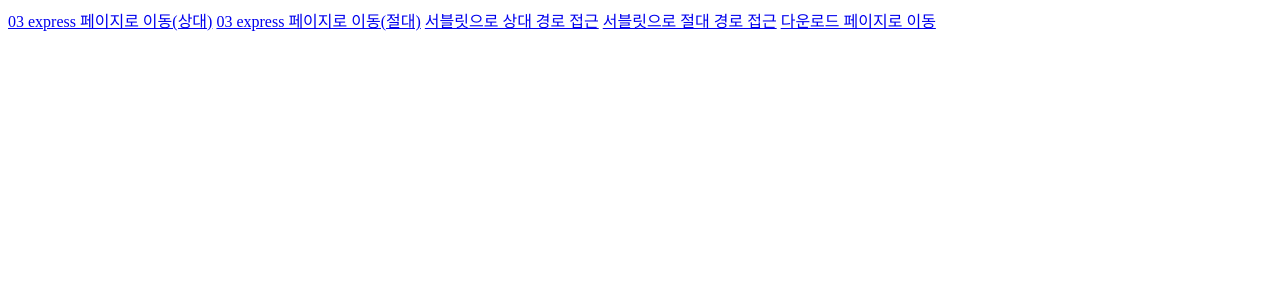
Repository: bbseok97/HTML
Page: http://localhost/jspbasic/path/test/path_quiz.jsp
These files come from the project's save history. The page is drawn as it stood at one moment and after the next save; the edit follows.
The browser window is 1280 px wide. The pictures show the whole page.
The page is served by Tomcat 9. Other server files are loaded and not shown.

Above is the page before, as saved 2024-04-05 06:20:27.

### jspbasic/src/main/webapp/path/test/path_quiz.jsp
<%@ page language="java" contentType="text/html; charset=UTF-8"
    pageEncoding="UTF-8"%>
<!DOCTYPE html>
<html>
	<head>
		<meta charset="UTF-8">
		<title>path_quiz</title>
	</head>
	<body>
		<!-- a 태그를 이용하여 경로 이동 -->

		<!-- 1.jspbasic 폴더에 03_express.jsp 파일로 접근	상대/절대 경로로 접근 -->
		<a href="../../jspbasic/03.expression.jsp">03 express 페이지로 이동(상대)</a>
		<a href="/jspbasic/jspbasic/03.expression.jsp">03 express 페이지로 이동(절대)</a>
		<!-- 2. TestServlet 서블릿 페이지로 상대/절대 경로로 접근 -->
		<a href="../../testServlet.jsp">서블릿으로 상대 경로 접근</a>
		<a href="/jspbasic/servlet/testServlet.jsp">서블릿으로 절대 경로 접근</a>
		<!-- 3. images 폴더에 있는 이미지 파일에 상대 경로로 접근 -->
		<img src="" width="100"><a href="images/다운로드.jpg">다운로드 페이지로 이동</a>
	</body>
</html>

After the next save:
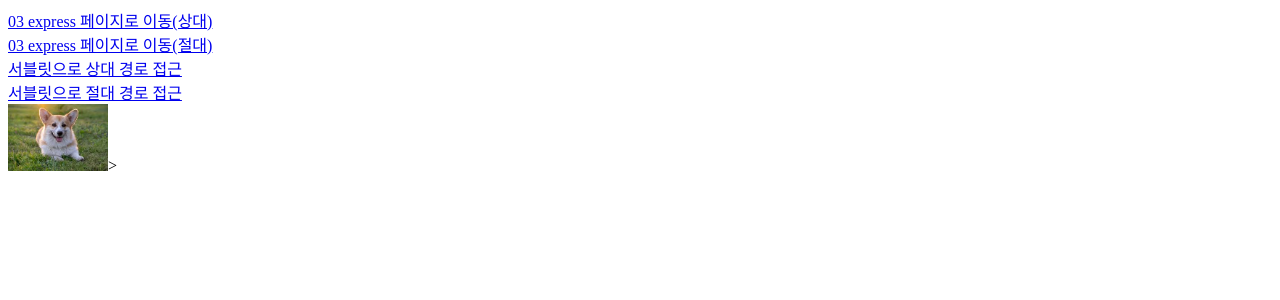
Saved 51 s later.
--- a/jspbasic/src/main/webapp/path/test/path_quiz.jsp
+++ b/jspbasic/src/main/webapp/path/test/path_quiz.jsp
@@ -10,12 +10,12 @@
 		<!-- a 태그를 이용하여 경로 이동 -->
 
 		<!-- 1.jspbasic 폴더에 03_express.jsp 파일로 접근	상대/절대 경로로 접근 -->
-		<a href="../../jspbasic/03.expression.jsp">03 express 페이지로 이동(상대)</a>
-		<a href="/jspbasic/jspbasic/03.expression.jsp">03 express 페이지로 이동(절대)</a>
+		<a href="../../jspbasic/03.expression.jsp">03 express 페이지로 이동(상대)</a><br>
+		<a href="/jspbasic/jspbasic/03.expression.jsp">03 express 페이지로 이동(절대)</a><br>
 		<!-- 2. TestServlet 서블릿 페이지로 상대/절대 경로로 접근 -->
-		<a href="../../testServlet.jsp">서블릿으로 상대 경로 접근</a>
-		<a href="/jspbasic/servlet/testServlet.jsp">서블릿으로 절대 경로 접근</a>
+		<a href="../../testServlet.jsp">서블릿으로 상대 경로 접근</a><br>
+		<a href="/jspbasic/servlet/testServlet.jsp">서블릿으로 절대 경로 접근</a><br>
 		<!-- 3. images 폴더에 있는 이미지 파일에 상대 경로로 접근 -->
-		<img src="" width="100"><a href="images/다운로드.jpg">다운로드 페이지로 이동</a>
+		<img src="../../../HTML/images/다운로드.jpg" width="100">><br>
 	</body>
 </html>
